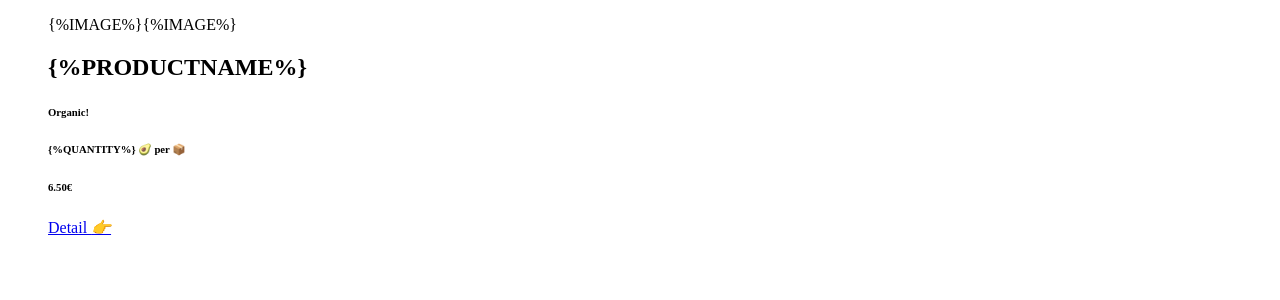
Repository: 13-Joban/Node_Farm_Backend
Page: templates/template.html
The author's editor kept a copy of each file at every save. The page is drawn from the files as they stood at one save, then again after a run of saves.
The browser window is 1280 px wide. The pictures show the whole page.

Above is the page before, as saved 2022-07-16 17:52:55.

### templates/template.html
<figure class="card">
    <div class="card__emoji">{%IMAGE%}{%IMAGE%}</div>

    <div class="card__title-box">
      <h2 class="card__title">{%PRODUCTNAME%}</h2>
    </div>

    <div class="card__details">
      <div class="card__detail-box">
        <h6 class="card__detail card__detail--organic {%NOTORGANIC%}">Organic!</h6>
      </div>

      <div class="card__detail-box">
        <h6 class="card__detail">{%QUANTITY%} 🥑 per 📦</h6>
      </div>

      <div class="card__detail-box">
        <h6 class="card__detail card__detail--price">6.50€</h6>
      </div>
    </div>

    <a class="card__link" href="#">
      <span>Detail <i class="emoji-right">👉</i></span>
    </a>
  </figure>

After the next 3 saves:
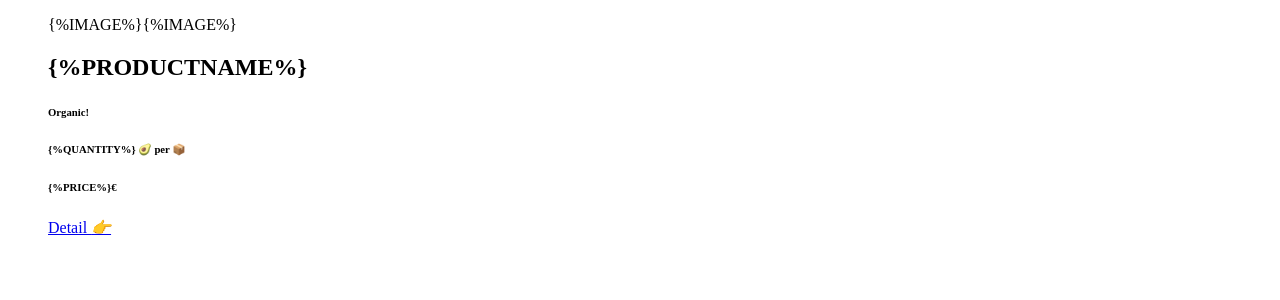
The 3 saves are shown as one change because they came seconds apart.
The last was saved 20 s later.
--- a/templates/template.html
+++ b/templates/template.html
@@ -15,7 +15,7 @@
       </div>
 
       <div class="card__detail-box">
-        <h6 class="card__detail card__detail--price">6.50€</h6>
+        <h6 class="card__detail card__detail--price">{%PRICE%}€</h6>
       </div>
     </div>
 
